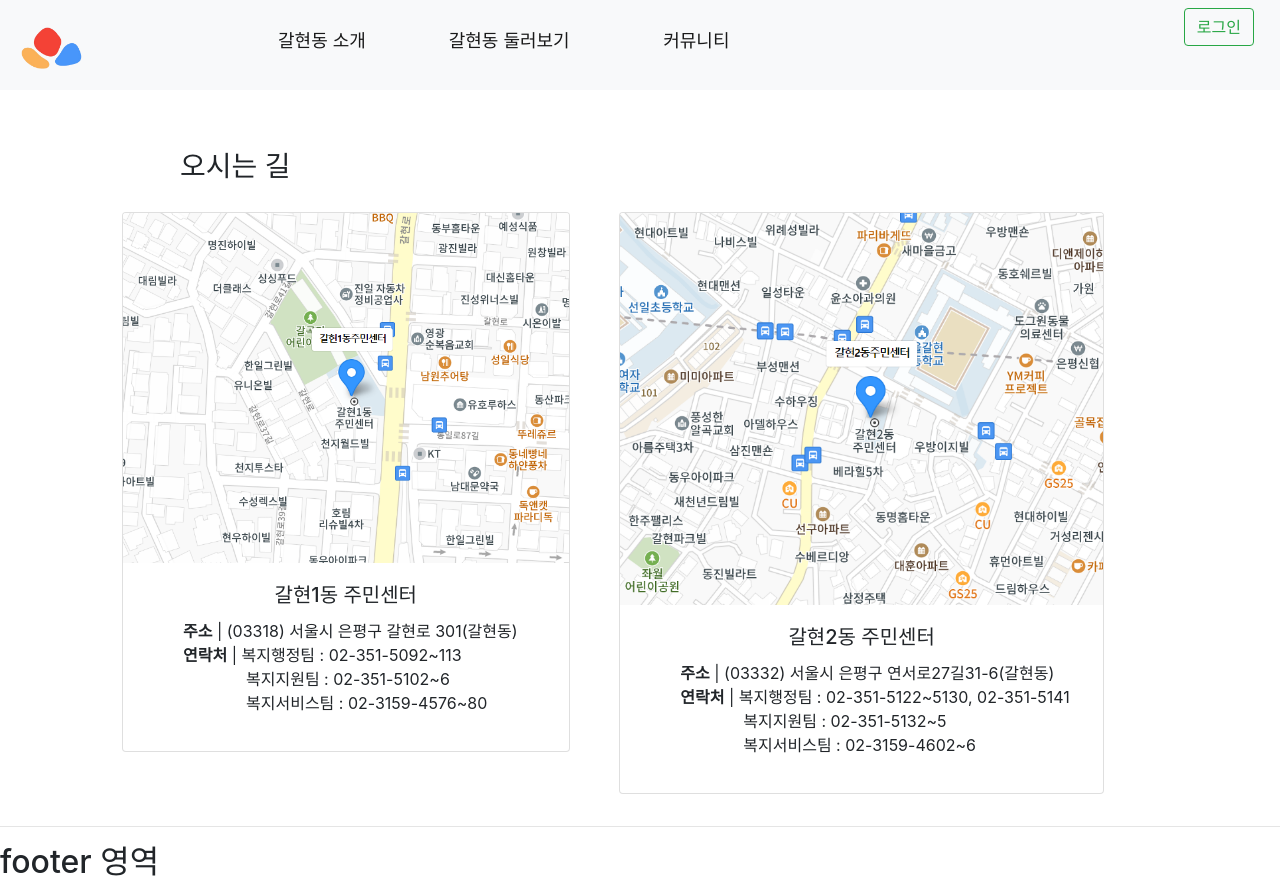
Repository: rnjsmj/pro01
Page: http://localhost/pro01/intro/map.jsp
These files come from the project's save history. The page is drawn as it stood at one moment and after the next save; the edit follows.
The browser window is 1280 px wide. The pictures show the whole page.
The page is served by Tomcat 9. Nobody is signed in. The application's start-up code is not run. Other server files are loaded and not shown. The template is opened directly, without the code that normally fills it, so the values that code supplies are empty.

Above is the page before, as saved 2024-04-14 16:21:07.

### pro01/WebContent/intro/map.jsp
<%@ page language="java" contentType="text/html; charset=UTF-8"
    pageEncoding="UTF-8"%>
<%@ taglib prefix="c" uri="http://java.sun.com/jsp/jstl/core" %>
<%@ taglib prefix="fmt" uri="http://java.sun.com/jsp/jstl/fmt" %>
<c:set var="path0" value="<%=request.getContextPath() %>" />
<!DOCTYPE html>
<html>
<head>
<meta charset="UTF-8">
<title>갈현동 소개 - 지역 유래</title>
<%@ include file="/head.jsp" %>
<style>
	#contents { background-color: #ffffff; height:100vh; text-align:center;justify-content:center; display:grid; }
	.page { padding : 2em; text-align : center; justify-content:center; width:1100px;}
	.map-main {text-align:center; width:100%}
	.div-map1 {float:left; text-align:center;  width:48%; box-sizing:border-box;}
	.div-map2 {float:right; text-align:center;  width:52%; box-sizing:border-box;}


	.box_list { display: inline-block; vertical-align: middle; list-style:none;

    unicode-bidi: isolate;
    text-align:left;}

    .box_item {display:block; position:relative; list-style:none;
    display: inline-block;
    margin: 0;
    padding: 0;
    box-sizing: border-box;
    text-align:left;}
    .box_subject {
    top: 0;
    left: 0;
    font-size: 16px;
    line-height: 24px;
    display: inline-block;
    margin: 0;
    padding: 0;
    box-sizing: border-box;
    text-align:left;
    font-weight:bold;
    }
    .bax-text {
    	position: absolute;
    top: 0;
    left: 0;
    font-size: 16px;
    line-height: 24px;
    display: inline-block;
    margin: 0;
    padding: 0;
    box-sizing: border-box;
    }
    .card {width:90%;}
    .page_title {text-align:left; width:960px; margin:auto;  padding-top:1em; padding-bottom:1em; padding-left:20px;}


</style>
</head>
<body>
<div id="header">
	<%@ include file="/header.jsp" %>
</div>
<div id="contents">
	<section class="page" id="page1">

		<div class="map-main">
			<h3 class="page_title">오시는 길</h3>
			<div class="div-map1">
				<div class="card" >
					<img class="card-img-top" src="${path0 }/images/main/map1.png" alt="갈현1동주민센터">
					<div class="card-body">
						<h5 class="card-title">갈현1동 주민센터</h5>
						<ul class="box_list">
							<li class="box_item address">
								<span class="box_subject">주소   </span>
								<span class="box_text">  |  (03318) 서울시 은평구 갈현로 301(갈현동)</span>
							</li>
							<li class="box_item contect">
								<span class="box_subject">연락처  </span>
								<span class="box_text">   |  복지행정팀 : 02-351-5092~113</span><br>&nbsp;&nbsp;&nbsp;&nbsp;&nbsp;&nbsp;&nbsp;&nbsp;&nbsp;&nbsp;&nbsp;&nbsp;&nbsp;
								<span class="box_text">복지지원팀 : 02-351-5102~6</span><br>&nbsp;&nbsp;&nbsp;&nbsp;&nbsp;&nbsp;&nbsp;&nbsp;&nbsp;&nbsp;&nbsp;&nbsp;&nbsp;
								<span class="box_text">복지서비스팀 : 02-3159-4576~80</span>

							</li>
						</ul>
					</div>
				</div>
			</div>

			<div class="div-map2">
				<div class="card" >
					<img class="card-img-top" src="${path0 }/images/main/map2.png" alt="갈현2동주민센터">
					<div class="card-body">
						<h5 class="card-title">갈현2동 주민센터</h5>
						<ul class="box_list">
							<li class="box_item address">
								<span class="box_subject">주소   </span>
								<span class="box_text">  |  (03332) 서울시 은평구 연서로27길31-6(갈현동)</span>
							</li>
							<li class="box_item contect">
								<span class="box_subject">연락처  </span>
								<span class="box_text">   |  복지행정팀 : 02-351-5122~5130, 02-351-5141</span><br>&nbsp;&nbsp;&nbsp;&nbsp;&nbsp;&nbsp;&nbsp;&nbsp;&nbsp;&nbsp;&nbsp;&nbsp;&nbsp;
								<span class="box_text">복지지원팀 : 02-351-5132~5</span><br>&nbsp;&nbsp;&nbsp;&nbsp;&nbsp;&nbsp;&nbsp;&nbsp;&nbsp;&nbsp;&nbsp;&nbsp;&nbsp;
								<span class="box_text">복지서비스팀 : 02-3159-4602~6</span>

							</li>
						</ul>
					</div>
				</div>
			</div>
		</div>
	</section>
</div>
<div id="footer">
	<%@ include file="/footer.jsp" %>
</div>
</body>
</html>

### pro01/WebContent/head.jsp
<%@ page language="java" contentType="text/html; charset=UTF-8"
    pageEncoding="UTF-8"%>
<%@ taglib prefix="c" uri="http://java.sun.com/jsp/jstl/core" %>
<%@ taglib prefix="fmt" uri="http://java.sun.com/jsp/jstl/fmt" %>
<c:set var="ipath" value="<%= request.getContextPath() %>" />
<script src="${ipath }/js/jquery-3.2.1.min.js"></script>
<link rel="stylesheet" href="${ipath }/css/bootstrap.min.css" />
<link rel="stylesheet" href="https://cdnjs.cloudflare.com/ajax/libs/font-awesome/5.7.0/css/all.min.css" />
<script src="${ipath }/js/bootstrap.min.js"></script>
<meta name="viewport" content="width=device-width, initial-scale=1.0">
<meta name="subject" content="갈현동 소개 (Galhyeon-dong Intro)" />
<meta name="description" content="갈현동, 로데오거리, 맛집, 교통" />
<meta name="keywords" content="갈현동, 갈현1동, 갈현2동, 거리, 맛집, 교통편, 연신내역, 연신내, 구산역, 구산동, 구파발, 로데오거리, 연신내로데오거리, 메트로타워, 주점" />
<link rel="icon" href="${ipath }/images/favicon.png" />
<link rel="shortcut icon" href="${ipath}/images/favicon3.png" />
<meta property="og:type" content="website" />
<meta property="og:title" content="갈현동" />
<meta property="og:description" content="갈현동, 로데오거리, 맛집, 교통" />
<meta property="og:image" content="${ipath }/images/site.png" />
<meta property="og:url" content="http://localhost:8091" />
<link rel="stylesheet" href="${ipath }/css/common.css" />

### pro01/WebContent/header.jsp
<%@ page language="java" contentType="text/html; charset=UTF-8"
    pageEncoding="UTF-8"%>
<%@ taglib prefix="c" uri="http://java.sun.com/jsp/jstl/core" %>
<%@ taglib prefix="fmt" uri="http://java.sun.com/jsp/jstl/fmt" %>
<c:set var="hpath" value="<%=request.getContextPath() %>" />

<style>
	.navbar {width:100%; clear:both; display:block;}

	.navbar-brand { float:left; margin-right:80px; margin-top:0px; }
	#gnb {width:100%; height:90px; position:absoulute; top:0px; min-width:1100px; }
	.div-navbar {width:100%; display:block; float:left; }
	#gnb .navbar-nav { width:60%; margin:0auto; float:left; display:block; min-width:606px; text-align:center; margin-left:5%; height:80px;}
	#gnb .nav-item {float:left; position:relative; width:25%; height:80px; line-height:50px; text-align:center; display:block;  }
	#gnb .nav-item a {display:block; }
	.nav-link {font-size:18px;}


	#gnb .sub_menu {display:none; list-style:none; text-align:left; background-color:#ffffff; margin-top:10px; }
	#gnb .sub_menu a {text-decoration:none; color:black;}
	#gnb .sub_menu a:hover {font-weight:600; color:#69634e; }
	#gnb .item .sub_menu li {background-color:#ffffff; }
	#gnb .nav-item:hover .sub_menu {display:block; }
	#gnb .nav-item:hover a.nav-link{font-weight:600; }
	#gnb a {text-decoration:none;}

	.mem-manage {text-align:right;   width:200px; float:right;}
	.ul-mem {list-style:none; }
	.li-mem {list-style:none; margin-left:10px; margin-right:10px; float:right; display:block;}


</style>
<header>
	<nav class="navbar navbar-light bg-light" id="gnb">
	<div class="div-navbar">
  		<a class="navbar-brand" href="/pro01"><img alt="갈현동" src="${hpath }/images/favicon3.png" width=70px></a>
		<ul class="navbar-nav">
    		<li class="nav-item active"><a class="nav-link">갈현동 소개</a>
    			<ul class="sub_menu">
    				<li><a href="${hpath }/intro/origin.jsp">지명유래</a></li>
    				<li><a href="${hpath }/intro/map.jsp">오시는 길</a></li>
    			</ul>
    		</li>
    		<li class="nav-item active"><a class="nav-link">갈현동 둘러보기</a>
    			<ul class="sub_menu">
    				<li><a href="">주요시설 안내</a></li>
    				<li><a href="">맛집 안내</a></li>
    				<li><a href="${hpath }/TrafficList.do">교통편 안내</a></li>
    			</ul>
    		</li>
    		<li class="nav-item active"><a class="nav-link">커뮤니티</a>
    			<ul class="sub_menu">
    				<li><a href="${hpath }/NoticeList.do">공지사항</a></li>
    				<li><a href="${hpath }/QnaList.do">묻고답하기</a></li>
    				<li><a href="">자료실</a></li>
    			</ul>
    		</li>
    		<c:if test="${not empty sid }">
				<c:if test="${!sid.equals('admin')}">
				<li class="nav-item active"><a class="nav-link href="${hpath }/MemberUpdate.do?id=${sid}">마이페이지</a></li>
				</c:if>
				<c:if test="${sid.equals('admin') }">
				<li class="nav-item active"><a class="nav-link href="${hpath }/admin">관리자페이지</a></li>
				</c:if>
			</c:if>
  		</ul>
  		<div class="mem-manage justify-content-end">
  			<ul class="ul-mem">
  				<c:if test="${not empty sid }">
  				<li class="li-mem">
  					<img alt="이미지" src="${hpath }/images/member-icon.svg" width=20px;>
  					<strong>${sname }</strong>
  				</li>
  				<li class="li-mem">
  					<a class="btn btn-outline-success my-2 my-sm-0" href="${hpath }/Logout.do">로그아웃</a>
  				</li>
  				</c:if>
  				<c:if test="${empty sid}">
  				<li class="li-mem">
  					<a class="btn btn-outline-success my-2 my-sm-0" href="${hpath }/member/login.jsp" >로그인</a>
  				</li>
  				</c:if>
  			</ul>
  		</div>
  	</div>
	</nav>
</header>

### pro01/WebContent/footer.jsp
<%@ page language="java" contentType="text/html; charset=UTF-8"
    pageEncoding="UTF-8"%>
<hr>
<footer>
	<h2>footer 영역</h2>
</footer>

### pro01/WebContent/css/common.css
@charset "UTF-8";
#contents {min-height:100%; height:auto; padding-bottom:100px; }
#header {clear:both; height:90px;  min-width:1100px; }
#footer { /*background-color:#2c2c2c; color:#fff;
	position:relative; transform:translateY(-100%); height:100px;*/ }

Loaded but not shown: pro01/WebContent/js/jquery-3.2.1.min.js (library); pro01/WebContent/css/bootstrap.min.css (library); pro01/WebContent/js/bootstrap.min.js (library)

After the next save:
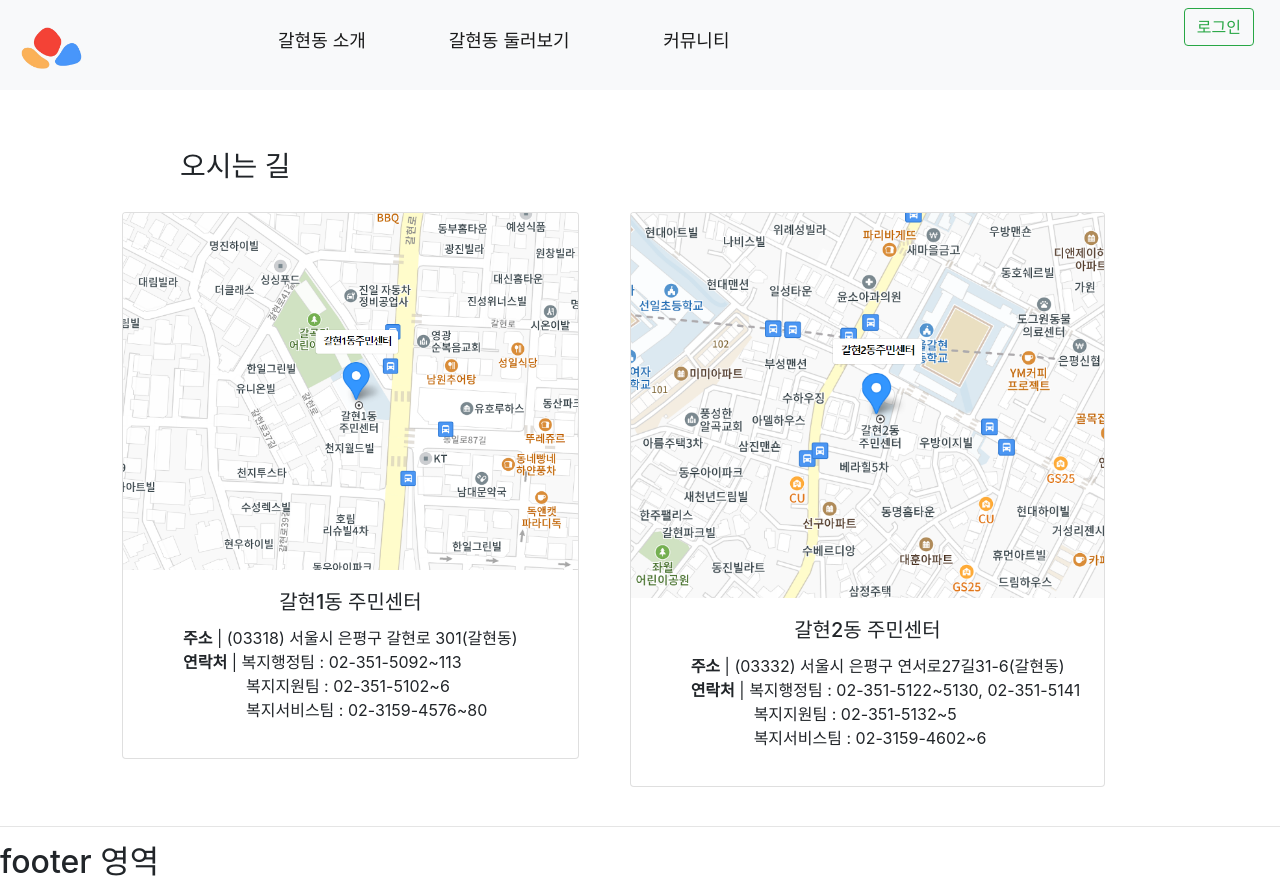
Saved 10 s later.
--- a/pro01/WebContent/intro/map.jsp
+++ b/pro01/WebContent/intro/map.jsp
@@ -13,8 +13,8 @@
 	#contents { background-color: #ffffff; height:100vh; text-align:center;justify-content:center; display:grid; }
 	.page { padding : 2em; text-align : center; justify-content:center; width:1100px;}
 	.map-main {text-align:center; width:100%}
-	.div-map1 {float:left; text-align:center;  width:48%; box-sizing:border-box;}
-	.div-map2 {float:right; text-align:center;  width:52%; box-sizing:border-box;}
+	.div-map1 {float:left; text-align:center;  width:49%; box-sizing:border-box;}
+	.div-map2 {float:right; text-align:center;  width:51%; box-sizing:border-box;}
 
 
 	.box_list { display: inline-block; vertical-align: middle; list-style:none;
